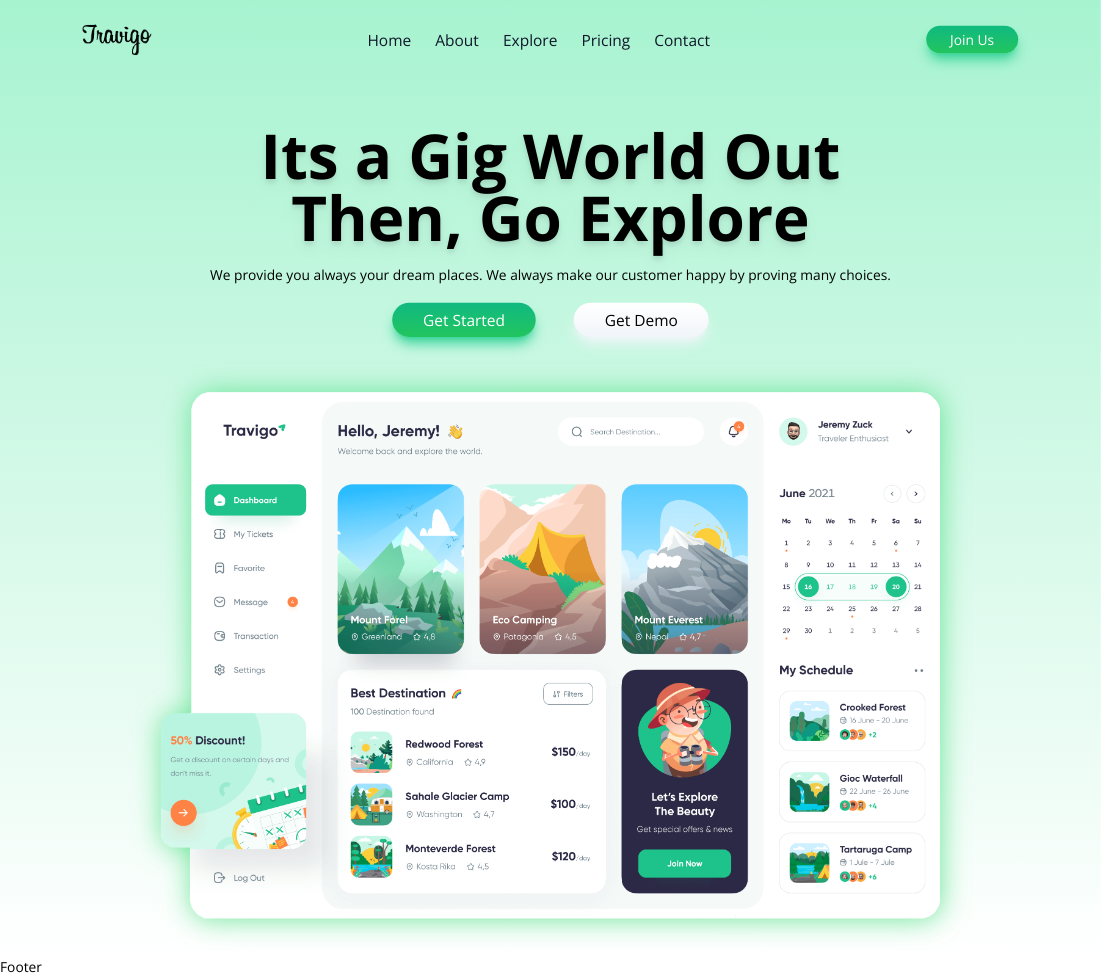
Repository: ThiAlbani83/travigo-travel-app
Page: /
An editor plug-in stored every save of this project. The page is shown before and after the next save, followed by the edit.
The browser window is 1280 px wide. The pictures show the whole page, at 86% of full size.
The project was rebuilt for these pictures with package versions that can differ from the ones it lists, and the page was loaded fresh each time. Also part of the build but not shown: vite.config.js.

Above is the page before, as saved 2023-03-20 23:54:13.

After the next save:
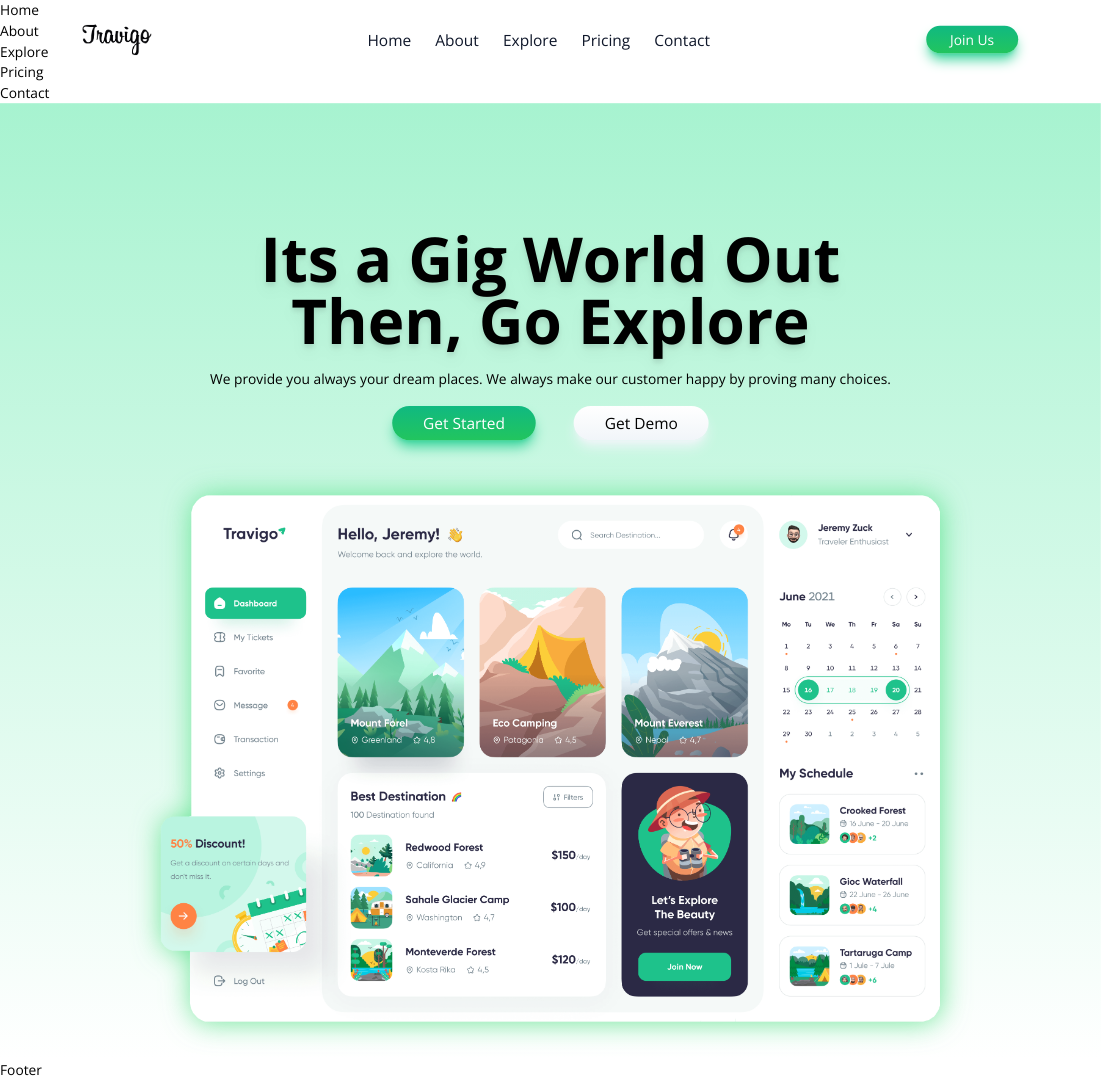
Saved 20 s later.
--- a/src/components/PopupMenu.jsx
+++ b/src/components/PopupMenu.jsx
@@ -9,7 +9,7 @@
                 {navlinks?.map((val, index) => (
                 <li>
                     <NavLink to={`#`}>
-
+                        {val.link}
                     </NavLink>
                 </li>
                 ))}
